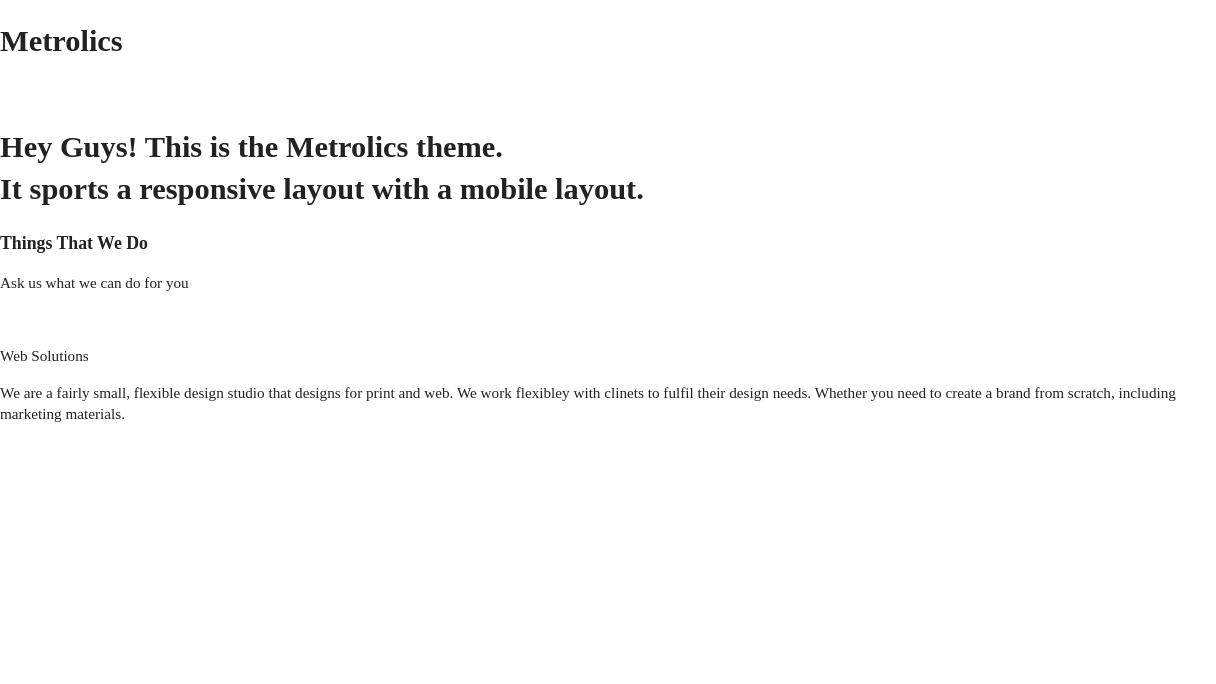
Repository: claudiashin/metrolics
Page: index.html
The author's editor kept a copy of each file at every save. The page is drawn from the files as they stood at one save, then again after a run of saves.
The browser window is 1280 px wide. The pictures show the whole page, at 95% of full size.

Above is the page before, as saved 2021-01-27 15:37:13.

### index.html
<!doctype html>
<html class="no-js" lang="EN">

<head>
  <meta charset="utf-8">
  <title>MDIA 2003 Lab 3</title>
  <meta name="description" content="">
  <meta name="viewport" content="width=device-width, initial-scale=1">

  <link rel="manifest" href="site.webmanifest">
  <link rel="apple-touch-icon" href="icon.png">
  <!-- Place favicon.ico in the root directory -->

  <link rel="stylesheet" href="css/normalize.css">
  <link rel="stylesheet" href="css/main.css">
</head>

<body>
  <header class="page_header">
    <div class="logo">
      <div><h1>Metrolics</h1></div>
      <div class="logoimg"><img src=""></div>
    </div>
  </header>

  <!-- <nav class="page_nav">
    <div class="nav_container">
      <div class="nav_icon">
        <div><img src=""></div>
        <p>Home</p>
      </div>
      <div class="nav_icon">
        <div><img src=""></div>
        <p>Pages</p>
      </div><div class="nav_icon">
        <div><img src=""></div>
        <p>Blog</p>
      </div><div class="nav_icon">
        <div><img src=""></div>
        <p>Portfolio</p>
      </div><div class="nav_icon">
        <div><img src=""></div>
        <p>Home</p>
      </div>
    </div>
  </nav> -->
<!--
  <section class="main_container">
    <div class="heroimg">
      <img src="">
    </div>
    <div class="">
      <h2>Metro Style</h2>
      <h2>Retina Ready</h2>
      <h2>Responsive Design</h2>
    </div>
  </section> -->

  <section class="main_container">
    <div>
      <h1>Hey Guys! This is the <span class="textcol">Metrolics</span> theme.<br>It sports a responsive layout with a mobile layout.</h1>
    </div>
  </section>

  <section class="main_container">
    <div class="container">
      <h3>Things That We Do</h3>
      <p>Ask us what we can do for you</p>
    </div>
    <div class="container">
      <div class="container_feature">
        <div class="feature_img">
          <img src="">
        </div>
        <div><p>Web Solutions</p></div>
        <div><p>We are a fairly small, flexible design studio that designs for print
          and web. We work flexibley with clinets to fulfil their design needs. Whether
          you need to create a brand from scratch, including marketing materials.
        </p></div>
      </div>

    </div>

  </section>

  <section class="main_container">

  </section>

  <section class="main_container">

  </section>

  <article class="main_container">

  </article>

  <footer>

  </footer>
</body>

</html>

### css/main.css
/*! HTML5 Boilerplate v8.0.0 | MIT License | https://html5boilerplate.com/ */

/* main.css 2.1.0 | MIT License | https://github.com/h5bp/main.css#readme */
/*
 * What follows is the result of much research on cross-browser styling.
 * Credit left inline and big thanks to Nicolas Gallagher, Jonathan Neal,
 * Kroc Camen, and the H5BP dev community and team.
 */

/* ==========================================================================
   Base styles: opinionated defaults
   ========================================================================== */

html {
  color: #222;
  font-size: 1em;
  line-height: 1.4;
}

/*
 * Remove text-shadow in selection highlight:
 * https://twitter.com/miketaylr/status/12228805301
 *
 * Vendor-prefixed and regular ::selection selectors cannot be combined:
 * https://stackoverflow.com/a/16982510/7133471
 *
 * Customize the background color to match your design.
 */

::-moz-selection {
  background: #b3d4fc;
  text-shadow: none;
}

::selection {
  background: #b3d4fc;
  text-shadow: none;
}

/*
 * A better looking default horizontal rule
 */

hr {
  display: block;
  height: 1px;
  border: 0;
  border-top: 1px solid #ccc;
  margin: 1em 0;
  padding: 0;
}

/*
 * Remove the gap between audio, canvas, iframes,
 * images, videos and the bottom of their containers:
 * https://github.com/h5bp/html5-boilerplate/issues/440
 */

audio,
canvas,
iframe,
img,
svg,
video {
  vertical-align: middle;
}

/*
 * Remove default fieldset styles.
 */

fieldset {
  border: 0;
  margin: 0;
  padding: 0;
}

/*
 * Allow only vertical resizing of textareas.
 */

textarea {
  resize: vertical;
}

/* ==========================================================================
   Author's custom styles
   ========================================================================== */

/* ==========================================================================
   Helper classes
   ========================================================================== */

/*
 * Hide visually and from screen readers
 */

.hidden,
[hidden] {
  display: none !important;
}

/*
 * Hide only visually, but have it available for screen readers:
 * https://snook.ca/archives/html_and_css/hiding-content-for-accessibility
 *
 * 1. For long content, line feeds are not interpreted as spaces and small width
 *    causes content to wrap 1 word per line:
 *    https://medium.com/@jessebeach/beware-smushed-off-screen-accessible-text-5952a4c2cbfe
 */

.sr-only {
  border: 0;
  clip: rect(0, 0, 0, 0);
  height: 1px;
  margin: -1px;
  overflow: hidden;
  padding: 0;
  position: absolute;
  white-space: nowrap;
  width: 1px;
  /* 1 */
}

/*
 * Extends the .sr-only class to allow the element
 * to be focusable when navigated to via the keyboard:
 * https://www.drupal.org/node/897638
 */

.sr-only.focusable:active,
.sr-only.focusable:focus {
  clip: auto;
  height: auto;
  margin: 0;
  overflow: visible;
  position: static;
  white-space: inherit;
  width: auto;
}

/*
 * Hide visually and from screen readers, but maintain layout
 */

.invisible {
  visibility: hidden;
}

/*
 * Clearfix: contain floats
 *
 * For modern browsers
 * 1. The space content is one way to avoid an Opera bug when the
 *    `contenteditable` attribute is included anywhere else in the document.
 *    Otherwise it causes space to appear at the top and bottom of elements
 *    that receive the `clearfix` class.
 * 2. The use of `table` rather than `block` is only necessary if using
 *    `:before` to contain the top-margins of child elements.
 */

.clearfix::before,
.clearfix::after {
  content: " ";
  display: table;
}

.clearfix::after {
  clear: both;
}

/* ==========================================================================
   EXAMPLE Media Queries for Responsive Design.
   These examples override the primary ('mobile first') styles.
   Modify as content requires.
   ========================================================================== */

@media only screen and (min-width: 35em) {
  /* Style adjustments for viewports that meet the condition */
}

@media print,
  (-webkit-min-device-pixel-ratio: 1.25),
  (min-resolution: 1.25dppx),
  (min-resolution: 120dpi) {
  /* Style adjustments for high resolution devices */
}

/* ==========================================================================
   Print styles.
   Inlined to avoid the additional HTTP request:
   https://www.phpied.com/delay-loading-your-print-css/
   ========================================================================== */

@media print {
  *,
  *::before,
  *::after {
    background: #fff !important;
    color: #000 !important;
    /* Black prints faster */
    box-shadow: none !important;
    text-shadow: none !important;
  }

  a,
  a:visited {
    text-decoration: underline;
  }

  a[href]::after {
    content: " (" attr(href) ")";
  }

  abbr[title]::after {
    content: " (" attr(title) ")";
  }

  /*
   * Don't show links that are fragment identifiers,
   * or use the `javascript:` pseudo protocol
   */
  a[href^="#"]::after,
  a[href^="javascript:"]::after {
    content: "";
  }

  pre {
    white-space: pre-wrap !important;
  }

  pre,
  blockquote {
    border: 1px solid #999;
    page-break-inside: avoid;
  }

  /*
   * Printing Tables:
   * https://web.archive.org/web/20180815150934/http://css-discuss.incutio.com/wiki/Printing_Tables
   */
  thead {
    display: table-header-group;
  }

  tr,
  img {
    page-break-inside: avoid;
  }

  p,
  h2,
  h3 {
    orphans: 3;
    widows: 3;
  }

  h2,
  h3 {
    page-break-after: avoid;
  }
}

Loaded but not shown: css/normalize.css (library)

After the next 4 saves:
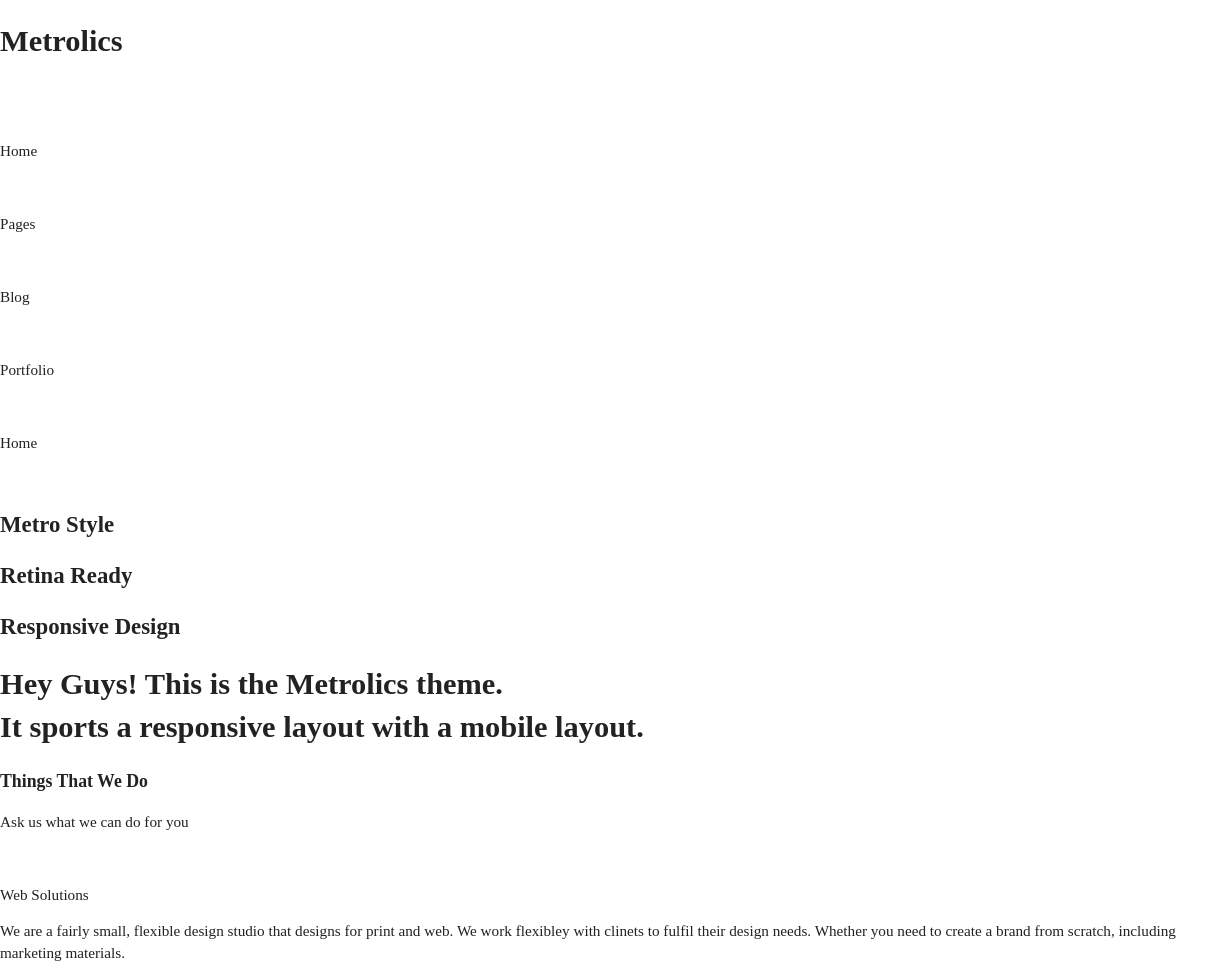
The 4 saves are shown as one change because they came seconds apart.
The last was saved 5 min 47 s later.
--- a/index.html
+++ b/index.html
@@ -23,7 +23,7 @@
     </div>
   </header>
 
-  <!-- <nav class="page_nav">
+  <nav class="page_nav">
     <div class="nav_container">
       <div class="nav_icon">
         <div><img src=""></div>
@@ -43,8 +43,8 @@
         <p>Home</p>
       </div>
     </div>
-  </nav> -->
-<!--
+  </nav>
+
   <section class="main_container">
     <div class="heroimg">
       <img src="">
@@ -54,7 +54,7 @@
       <h2>Retina Ready</h2>
       <h2>Responsive Design</h2>
     </div>
-  </section> -->
+  </section>
 
   <section class="main_container">
     <div>
